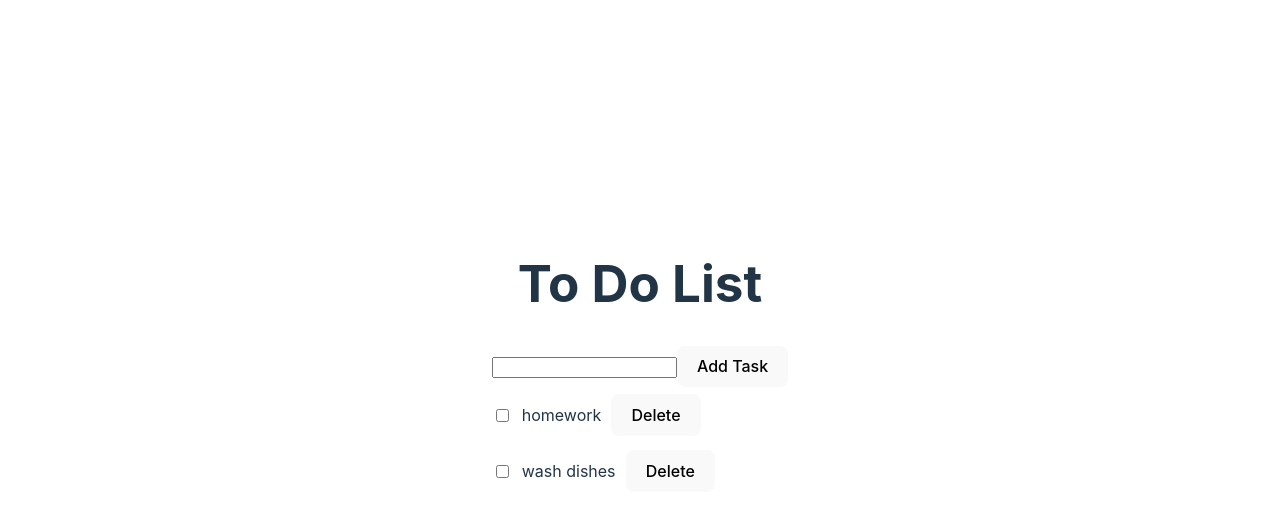
Repository: Jennica1/FRONT_END_WEEK06
Page: / (app in react/)
The author's editor kept a copy of each file at every save. The page is drawn from the files as they stood at one save, then again after the next save.
The browser window is 1280 px wide. The pictures show the whole page.
The project was rebuilt for these pictures with package versions that can differ from the ones it lists, and the page was loaded fresh each time. Also part of the build but not shown: react/vite.config.js.

Above is the page before, as saved 2024-10-10 15:25:40.

### react/src/App.jsx
import { useState } from 'react';
import reactLogo from './assets/react.svg';
import viteLogo from '/vite.svg';
import TaskForm from './components/TaskForm';
import './App.css';


function App() {

  return (
    <>
     <TaskForm/>
    </>
  )
}

export default App

### react/src/components/TaskForm.jsx
import React, { useState } from 'react'
//renders an input box and a button for creating new tasks.
//Decide where the shared state should live. This is where you would also want to define the functions for updating the app state, including:

//a function for toggling the complete status of a task
//a function for adding a new task
//a function for deleting a task


const data = [
  {
    id: 1,
    taskName: 'homework'
  },
  {
    id: 2,
    taskName: 'wash dishes'
  },
];

function TaskForm() {

  const [tasks, setTasks] = useState(data);
  const [taskData, settaskData] = useState({taskName: ''});

  function handleAddTask(e) {
    e.preventDefault();
    if (taskData.taskName) {
      const newTask = { ...taskData, id: tasks.length + 1 };
      setTasks([...tasks, newTask]);
      settaskData({ taskName: '' });
    }
  }

  function handleDeleteTask(id) {
    setTasks(tasks.filter(task => task.id !== id));
  }

  const newListUI = tasks.map((task) => (
    <div key={task.id} style={{ display: 'flex', alignItems: 'center', gap: '10px' }}>
      <input
        type="checkbox"
        checked={task.completed}
        onChange={() => toggleTaskCompletion(task.id)}
      />
      <p style={{ textDecoration: task.completed ? 'line-through' : 'none' }}>
        {task.taskName}
      </p>
      <button onClick={() => handleDeleteTask(task.id)}>Delete</button>
    </div>
  ));



  return (
    <>
      <h1>To Do List</h1>
     <form onSubmit={handleAddTask}>
        <input
          type='text'
          value={taskData.taskName}
          onChange={(e) => settaskData({ ...taskData, taskName: e.target.value })}
        />
        <button type="submit">Add Task</button>
      </form>


      <div>
      {newListUI}
      </div>
    </>
  )
}

export default TaskForm

Loaded but not shown: react/index.html (common file); react/src/main.jsx (common file); react/src/index.css (common file); react/src/App.css (common file)

After the next save:
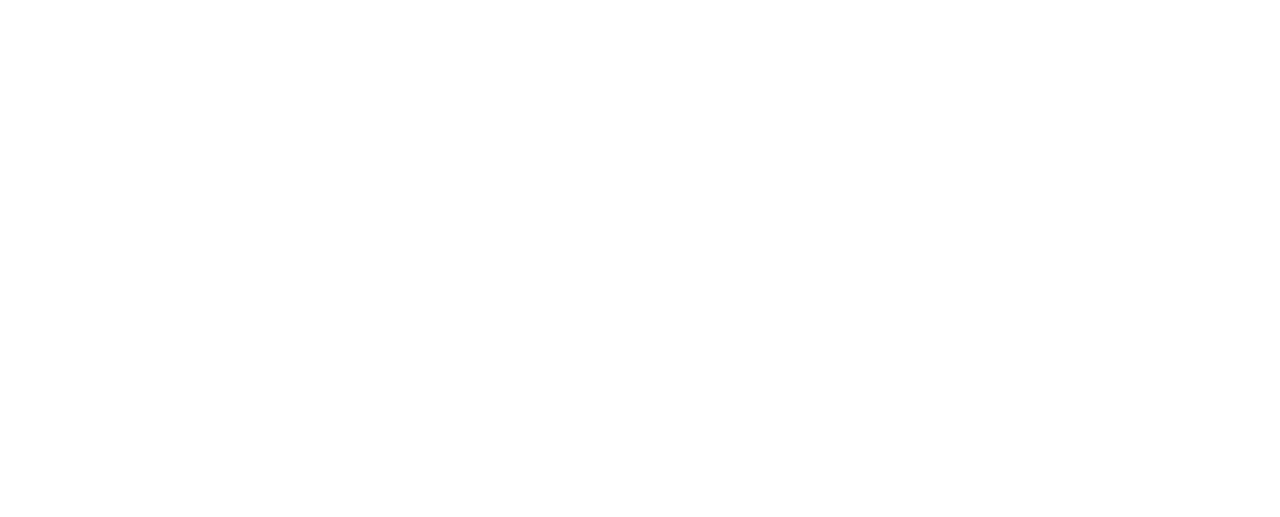
Console error: ReferenceError: newListUI is not defined
Saved 24 s later.
--- a/react/src/components/TaskForm.jsx
+++ b/react/src/components/TaskForm.jsx
@@ -10,46 +10,41 @@
 const data = [
   {
     id: 1,
-    taskName: 'homework'
+    taskName: 'homework',
+    completed: false
   },
   {
     id: 2,
-    taskName: 'wash dishes'
+    taskName: 'wash dishes',
+    completed: false
   },
 ];
 
 function TaskForm() {
+  const [tasks, setTasks] = useState(data);
+  const [taskData, settaskData] = useState({ taskName: '', completed: false });
 
-  const [tasks, setTasks] = useState(data);
-  const [taskData, settaskData] = useState({taskName: ''});
-
+  // Function to handle adding a task
   function handleAddTask(e) {
     e.preventDefault();
     if (taskData.taskName) {
-      const newTask = { ...taskData, id: tasks.length + 1 };
+      const newTask = { ...taskData, id: tasks.length + 1, completed: false };
       setTasks([...tasks, newTask]);
-      settaskData({ taskName: '' });
+      settaskData({ taskName: '', completed: false });
     }
   }
 
+  // Function to handle deleting a task
   function handleDeleteTask(id) {
     setTasks(tasks.filter(task => task.id !== id));
   }
 
-  const newListUI = tasks.map((task) => (
-    <div key={task.id} style={{ display: 'flex', alignItems: 'center', gap: '10px' }}>
-      <input
-        type="checkbox"
-        checked={task.completed}
-        onChange={() => toggleTaskCompletion(task.id)}
-      />
-      <p style={{ textDecoration: task.completed ? 'line-through' : 'none' }}>
-        {task.taskName}
-      </p>
-      <button onClick={() => handleDeleteTask(task.id)}>Delete</button>
-    </div>
-  ));
-
+  // Function to toggle the task completion (checkbox)
+  function toggleTaskCompletion(id) {
+    setTasks(tasks.map(task =>
+      task.id === id ? { ...task, completed: !task.completed } : task
+    ));
+  }
 
 
   return (

After the save that followed:
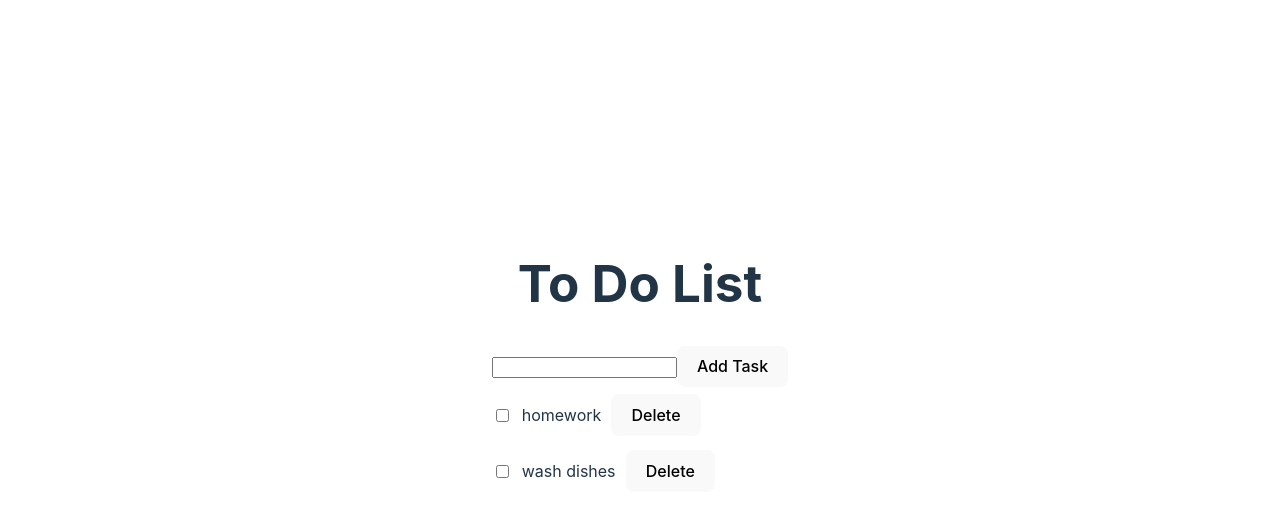
The error is gone.
Saved 74 s later.
--- a/react/src/components/TaskForm.jsx
+++ b/react/src/components/TaskForm.jsx
@@ -46,6 +46,19 @@
     ));
   }
 
+  const newListUI = tasks.map((task) => (
+    <div key={task.id} style={{ display: 'flex', alignItems: 'center', gap: '10px' }}>
+      <input
+        type="checkbox"
+        checked={task.completed}
+        onChange={() => toggleTaskCompletion(task.id)}
+      />
+      <p style={{ textDecoration: task.completed ? 'line-through' : 'none' }}>
+        {task.taskName}
+      </p>
+      <button onClick={() => handleDeleteTask(task.id)}>Delete</button>
+    </div>
+  ));
 
   return (
     <>
